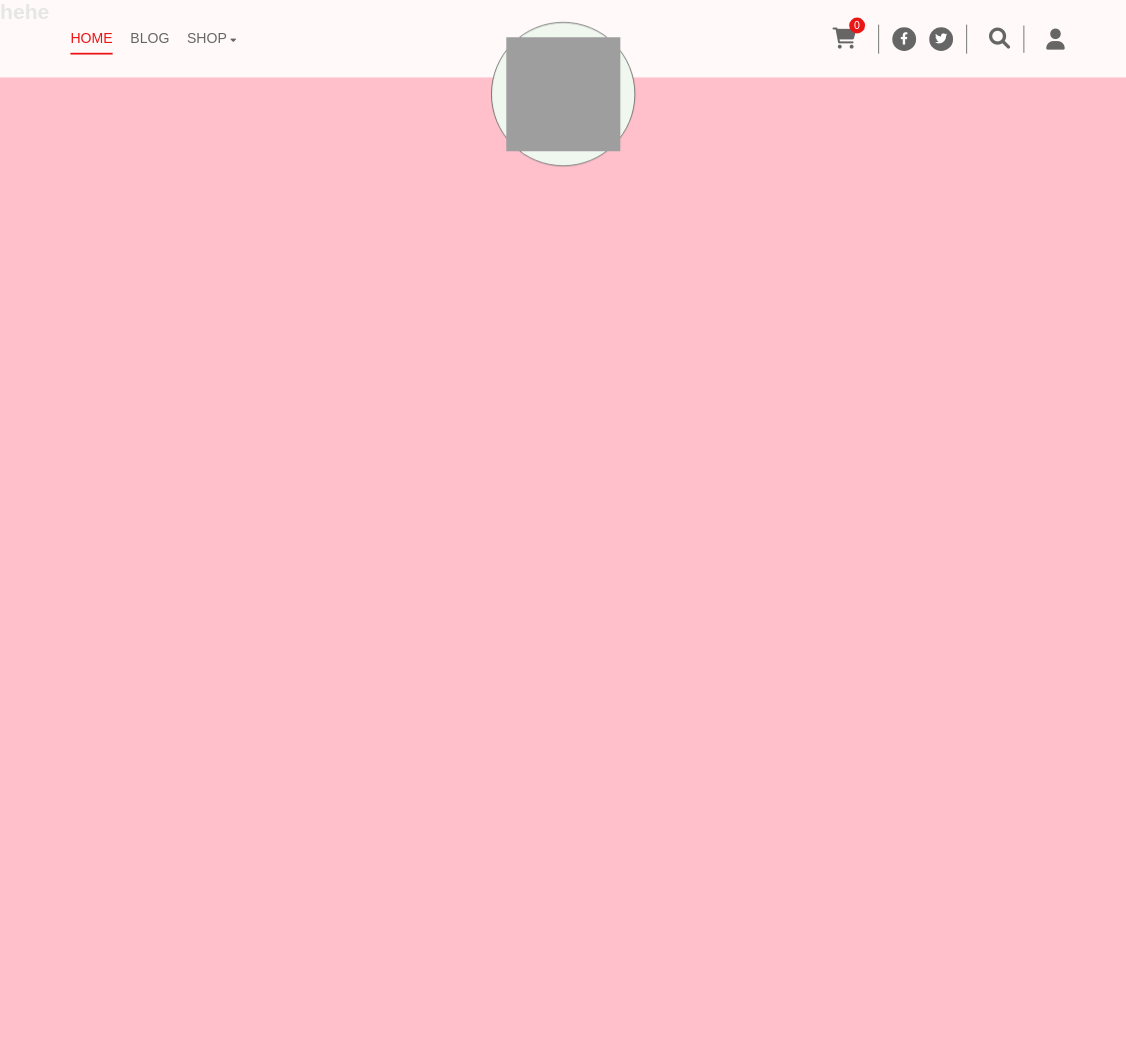
Repository: NguyenDucHung20002/header-and-scroll-top-project-cnpm
Page: blog.html
The author's editor kept a copy of each file at every save. The page is drawn from the files as they stood at one save, then again after the next save.
The browser window is 1280 px wide. The pictures show the whole page, at 88% of full size.
Pictures or frames that could not be fetched are drawn as grey boxes. The style sheet was rebuilt from its Sass, Less or Tailwind sources for each picture, by a compiler version that may differ from the author's.

Above is the page before, as saved 2022-09-15 10:24:22.
Console error: TypeError: Cannot read properties of undefined (reading 'top')

After the next save:
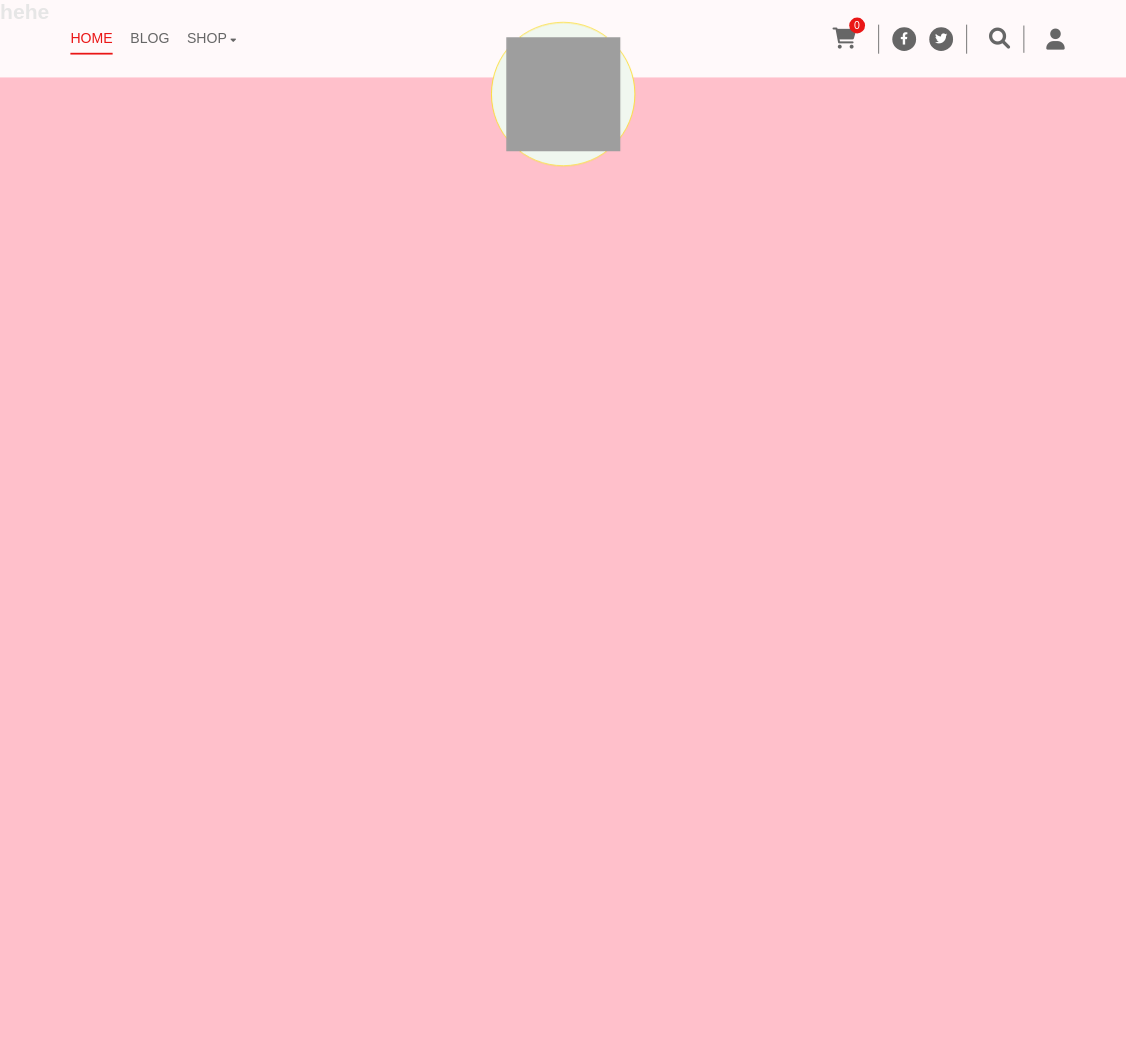
Saved 26 s later.
--- a/blog.scss
+++ b/blog.scss
@@ -135,7 +135,7 @@
               height: 164px;
               display: inline-block;
               border-radius: 50%;
-              border: 1px solid #666666;
+              border: 1px solid #fcdc28;
               cursor: pointer;
               img {
                 position: absolute;
